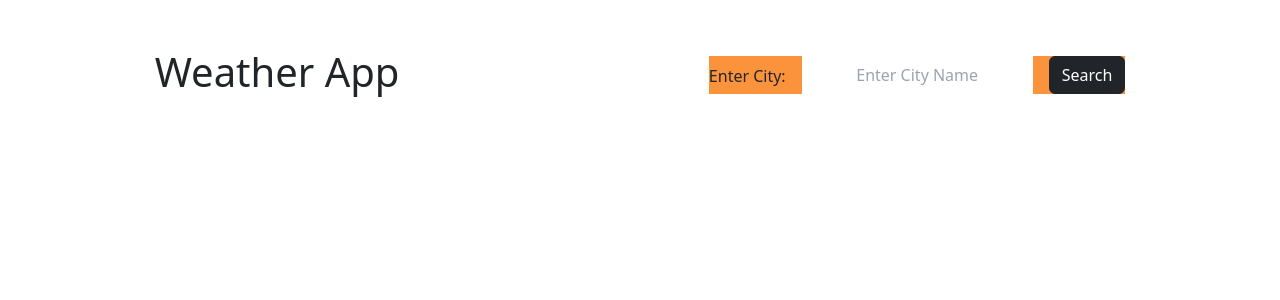
Repository: bhaveshtrades/weatherapp
Page: /
The author's editor kept a copy of each file at every save. The page is drawn from the files as they stood at one save, then again after the next save.
The browser window is 1280 px wide. The pictures show the whole page.
The project was rebuilt for these pictures with package versions that can differ from the ones it lists, and the page was loaded fresh each time. Also part of the build but not shown: src/components/DetailedWeather.jsx, src/components/HourlyForecast.jsx.

Above is the page before, as saved 2023-01-22 21:36:36.

After the next save:
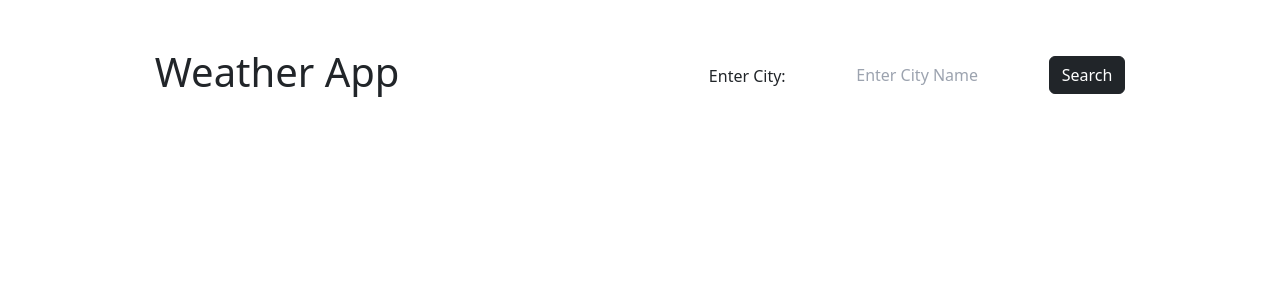
Saved 6 s later.
--- a/src/components/Navbar.jsx
+++ b/src/components/Navbar.jsx
@@ -9,7 +9,7 @@ function Navbar({resultProp, cityProp}){
     <h1>Weather App</h1>
     </div>
     <div className='pt-2'>
-    <form role="search" onSubmit={resultProp} className='flex gap-x-4 bg-orange-400'>
+    <form role="search" onSubmit={resultProp} className='flex gap-x-4'>
         <label htmlFor='cityName' className='pt-2'>Enter City: </label>
         <input type='text' className='text-center' placeholder='Enter City Name' onChange={cityProp}/>
         <button type="submit" className='btn btn-dark' onClick={resultProp}>Search</button>
